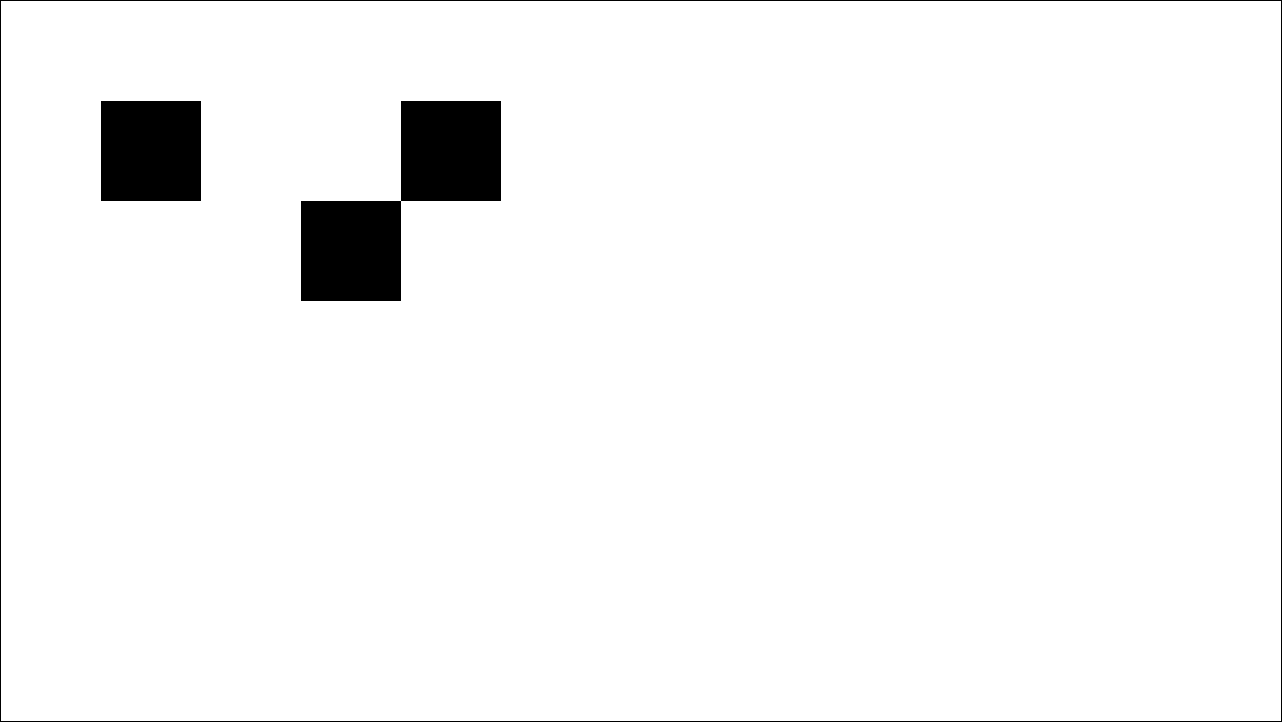
Repository: badhon252/Javascript-practice
Page: 1projects/JavaScript30/08 - Fun with HTML5 Canvas/index-START.html
The author's editor kept a copy of each file at every save. The page is drawn from the files as they stood at one save, then again after the next save.
The browser window is 1280 px wide. The page is 1282 px wide, so the pictures cover 1282 px, including what lies to the right of the window. The pictures show the whole page.

Above is the page before, as saved 2022-12-02 23:32:36.

After the next save:
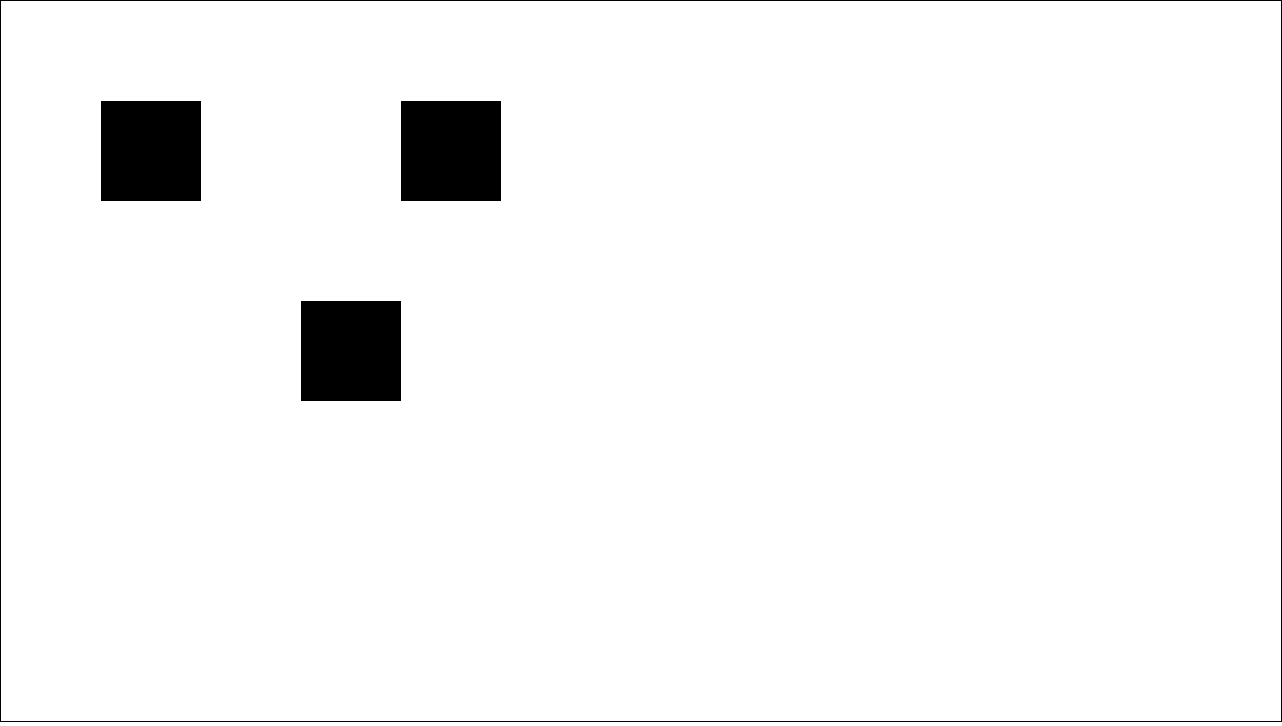
Saved 13 s later.
--- a/1projects/JavaScript30/08 - Fun with HTML5 Canvas/index-START.html
+++ b/1projects/JavaScript30/08 - Fun with HTML5 Canvas/index-START.html
@@ -34,7 +34,7 @@
         // ctx.fillRect(x, y, width, height)
         ctx.fillRect(100, 100, 100, 100);
         ctx.fillRect(400, 100, 100, 100);
-        ctx.fillRect(300, 200, 100, 100);
+        ctx.fillRect(300, 300, 100, 100);
     </script>
 </body>
 
